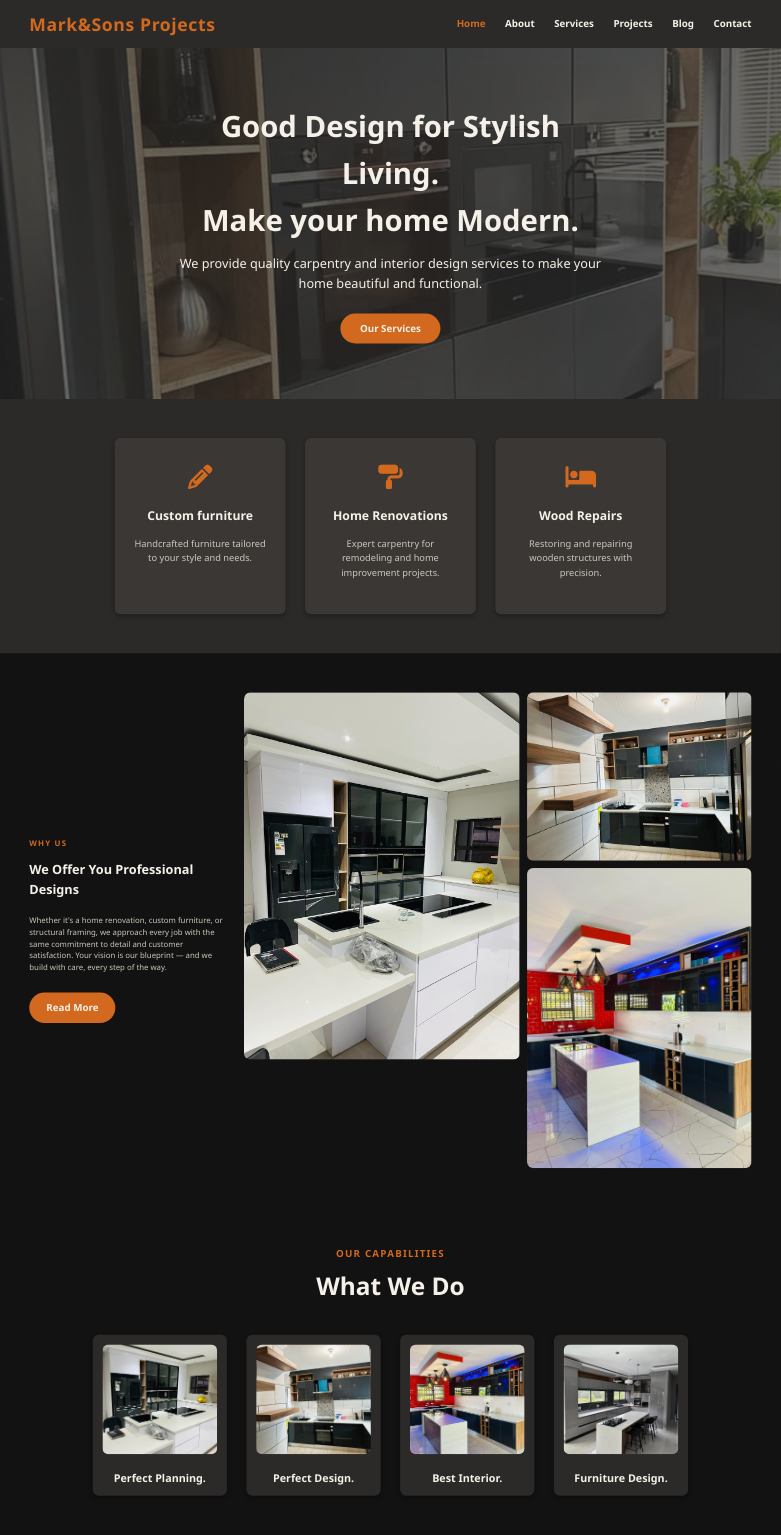
Repository: VallowEvido/Mark-SonsProjects
Page: home.html
The author's editor kept a copy of each file at every save. The page is drawn from the files as they stood at one save, then again after the next save.
The browser window is 1280 px wide. The pictures show the whole page, at 61% of full size.

Above is the page before, as saved 2025-07-17 16:32:01.

After the next save:
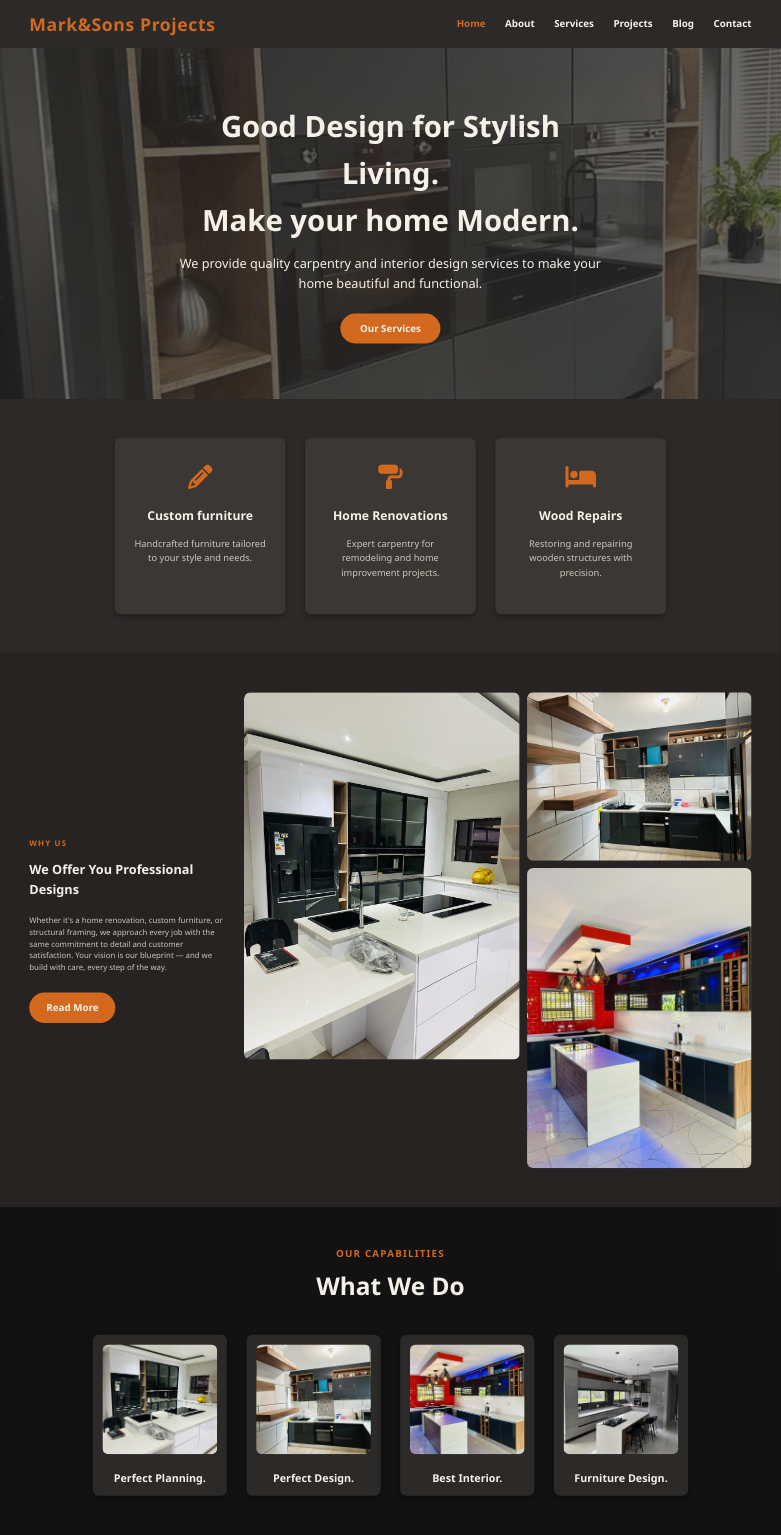
Saved 96 s later.
--- a/styles.css
+++ b/styles.css
@@ -174,7 +174,7 @@
 
 /* WHY US Section */
 .why-us {
-  background-color: #121212;
+  background-color: #282323;
   color: #f5f1e9;
   display: flex;
   justify-content: space-between;

After the save that followed:
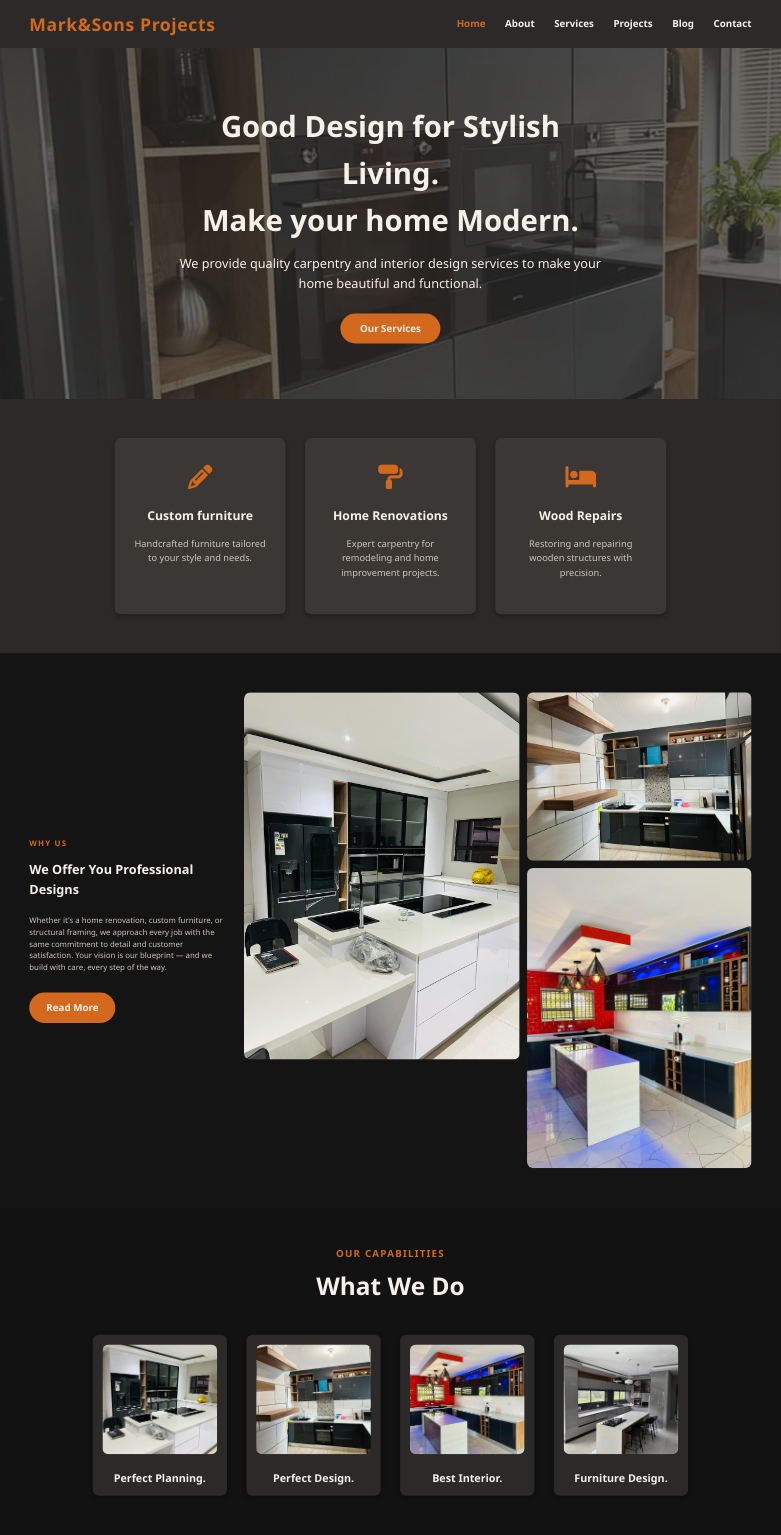
Saved 40 s later.
--- a/styles.css
+++ b/styles.css
@@ -174,7 +174,7 @@
 
 /* WHY US Section */
 .why-us {
-  background-color: #282323;
+  background-color: #141414;
   color: #f5f1e9;
   display: flex;
   justify-content: space-between;
